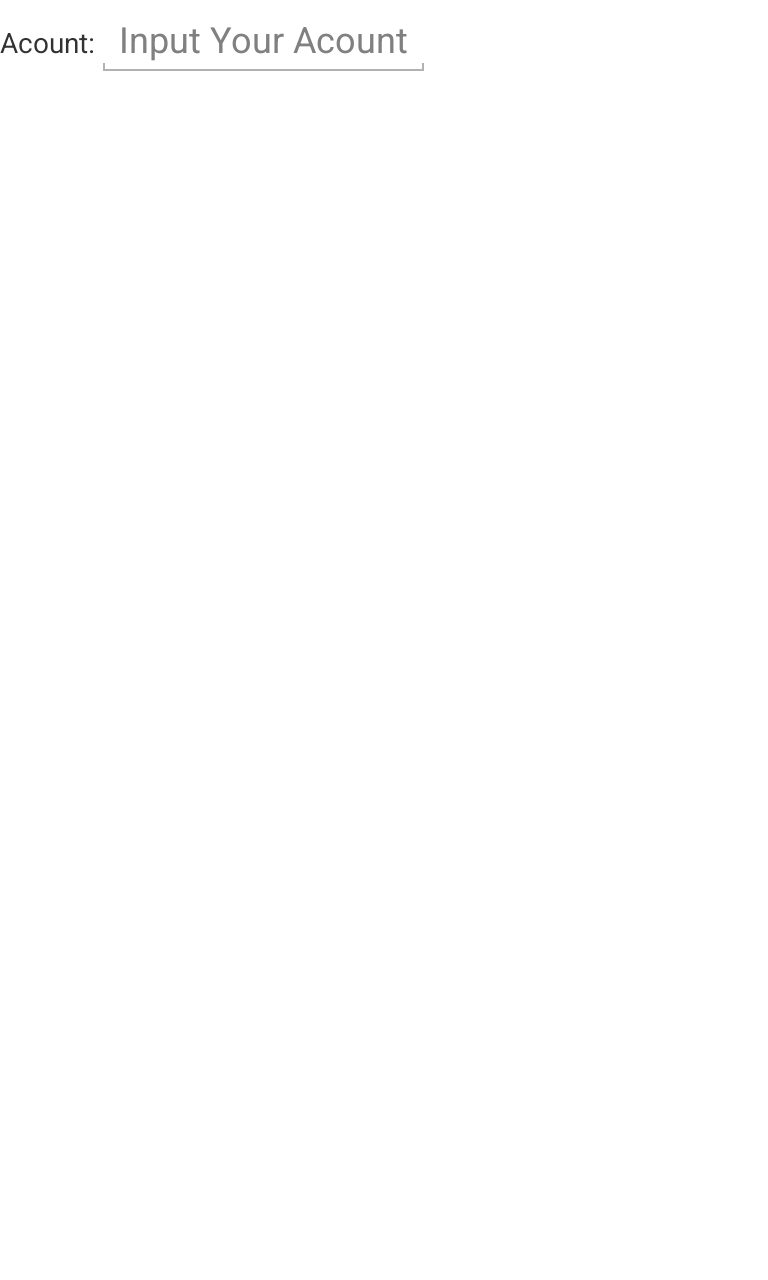
Repository: Ollyder/eclipse_work
Layout: TableLayout/res/layout/activity_main.xml
An editor plug-in stored every save of this project. The layout is shown before and after the next save, followed by the edit.
It is drawn on a 768 x 1280 px phone screen (xhdpi) without system bars, with theme AppTheme; the app's code is not run.

Above is the layout before, as saved 2017-05-28 04:25:42.

After the next save:
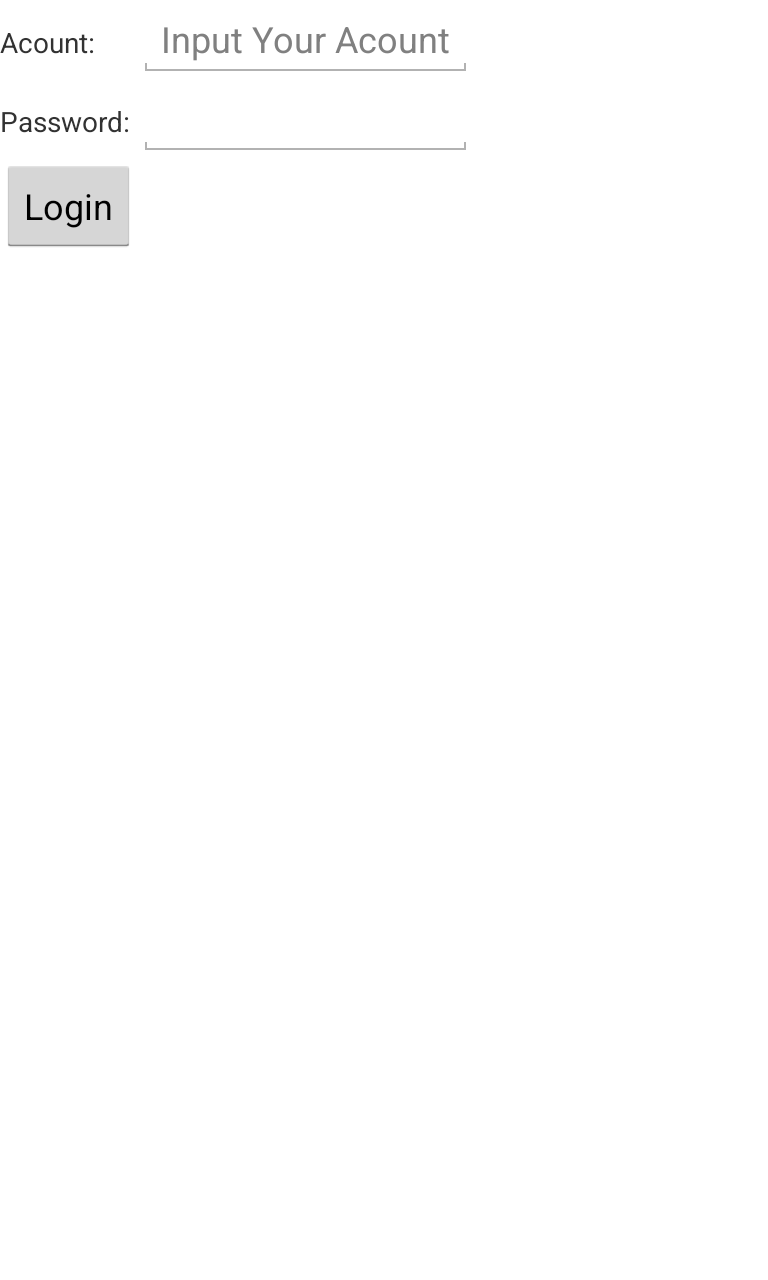
Saved 3 min 18 s later.
--- a/TableLayout/res/layout/activity_main.xml
+++ b/TableLayout/res/layout/activity_main.xml
@@ -17,6 +17,21 @@
 
     <TableRow >
         <TextView
-            android:id="@+id/text_view2"/>
+            android:id="@+id/text_view2"
+            android:layout_height="wrap_content"
+            android:text="Password:" />
+
+        <EditText
+            android:id="@+id/edit_text2"
+            android:layout_height="wrap_content"
+            android:inputType="textPassword"/>
+
+    </TableRow>
+
+    <TableRow >
+        <Button
+            android:id="@+id/button1"
+            android:layout_height="wrap_content"
+            android:text="Login"/>
     </TableRow>
 </TableLayout>
